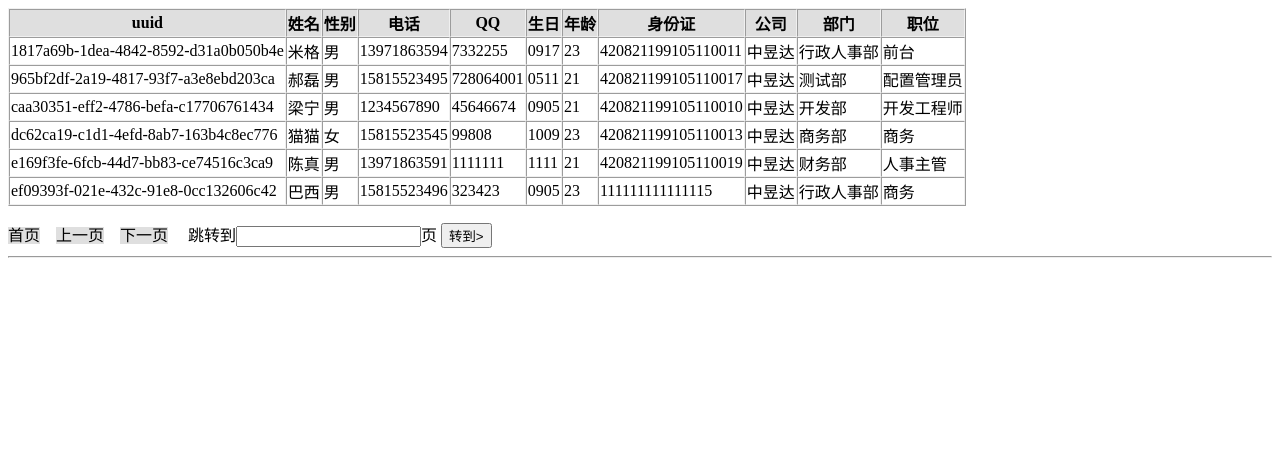
Repository: 728064001/MyProject
Page: http://localhost/CMS/test.jsp
The author's editor kept a copy of each file at every save. The page is drawn from the files as they stood at one save, then again after the next save.
The browser window is 1280 px wide. The pictures show the whole page.
The page is served by Tomcat 9.

Above is the page before, as saved 2013-08-07 11:39:14.

After the next save:
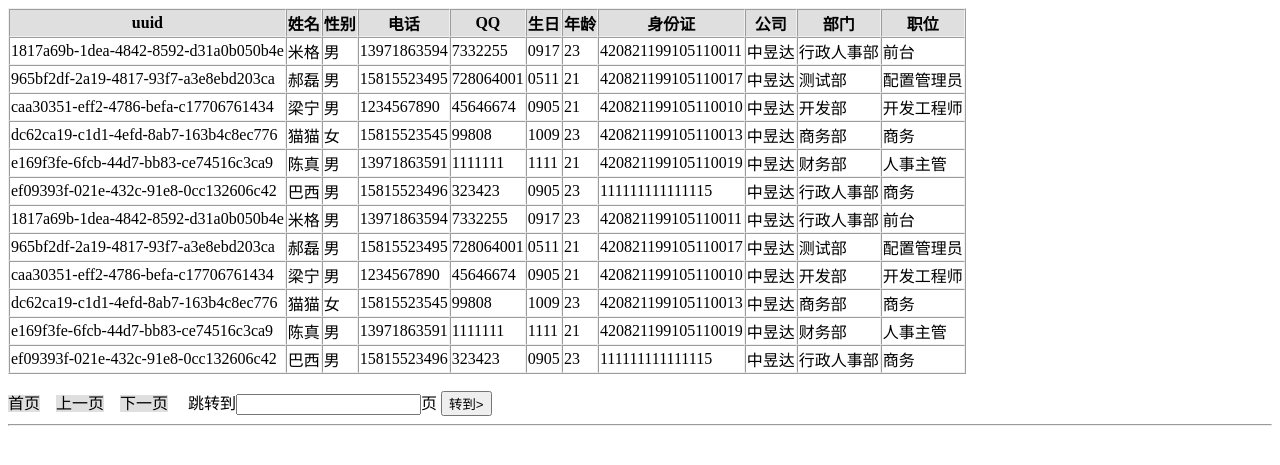
Saved 63 s later.
--- a/cms-server-code/CMS/WebRoot/test.jsp
+++ b/cms-server-code/CMS/WebRoot/test.jsp
@@ -74,7 +74,22 @@ String basePath = request.getScheme()+"://"+request.getServerName()+":"+request.
 		    $("table tr").bind("dblclick",function(){
 				alert('success');
 			});
+		   //
+		   for (var o = 0; o < j.countnum; o++) {
+		       var dom_tr = $("<tr></tr>");
+		        for (var i = 0; i < tharraylen; i++) {
+		            var dom_td = $("<td ></td>");
+		           var cellarray = Array(j.personinfo[o].uuid,j.personinfo[o].username,j.personinfo[o].sex,j.personinfo[o].tel,j.personinfo[o].icq,j.personinfo[o].brithday,j.personinfo[o].age,j.personinfo[o].card,j.personinfo[o].company,j.personinfo[o].dep,j.personinfo[o].post);
 
+		            dom_td.append(cellarray[i]);
+		            dom_tr.append(dom_td);
+		        }
+		        dom_table.append(dom_tr);
+		    }
+		    $("#t").append(dom_table);
+		    $("table tr").bind("dblclick",function(){
+				alert('success');
+			});
 		    //添加分页栏
 		    var pages = Math.floor((j.countnum)/pagem);
 		   if((j.countnum)%pagem!=0){
